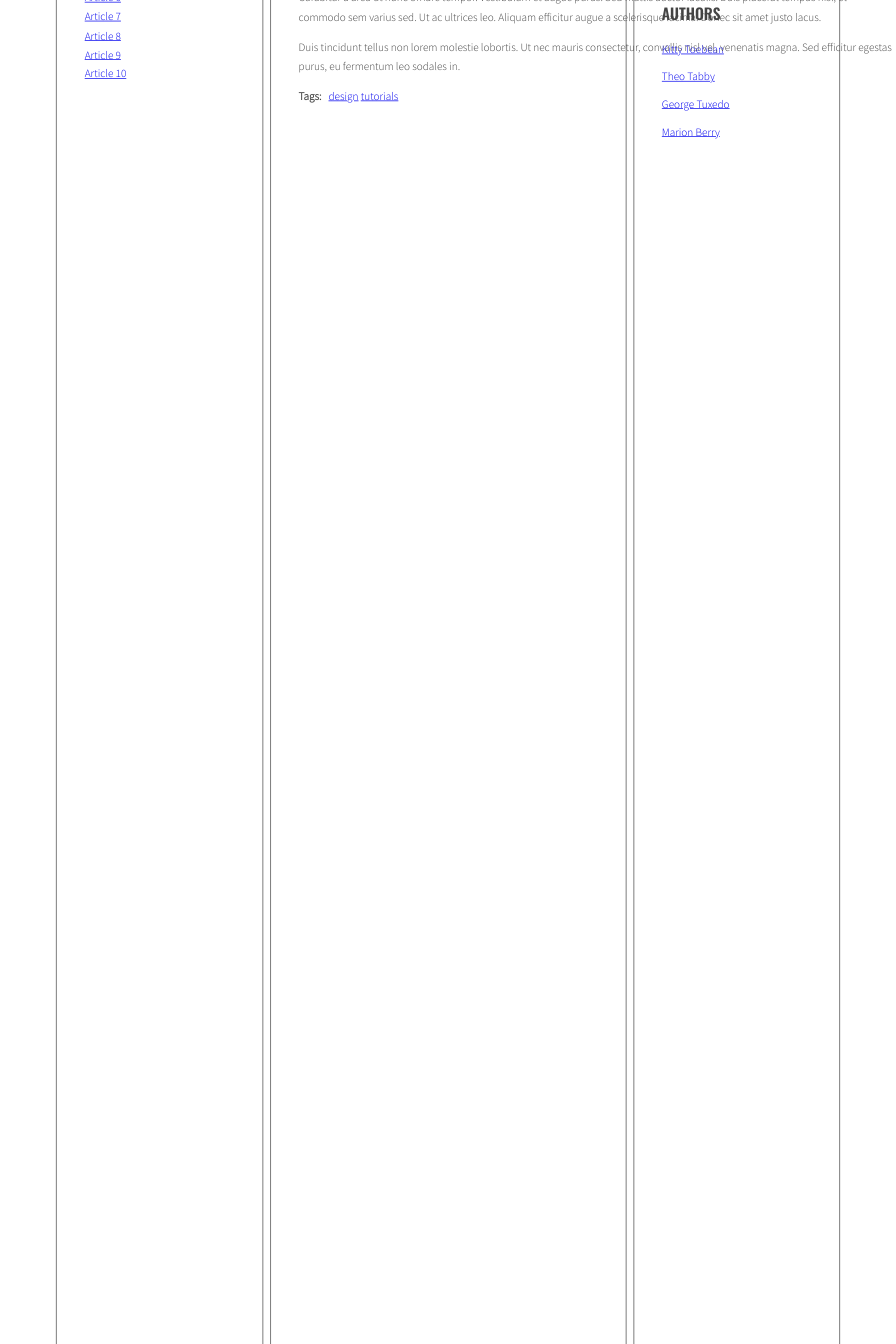
Repository: ulasup/javascript-blog
Page: index.html
An editor plug-in stored every save of this project. The page is shown before and after the next save, followed by the edit.
The browser window is 1280 px wide. The pictures show the part of the page from y = 511 to 2431 px (the page is 4768 px tall before and 774 px after), at 70% of full size.
The style sheet was rebuilt from its Sass, Less or Tailwind sources for each picture, by a compiler version that may differ from the author's.

Above is the page before, as saved 2020-12-13 16:06:36.

### index.html
<!DOCTYPE html>
<html  lang="en">
    <head>
        <meta charset="UTF-8">
        <title>Film blog</title>
        <link rel="stylesheet" href="css/style.css">
    </head>
    <body>
        <div class="blog">
            <div class="container">
              <h1 class="logo">my blog</h1>
              <main class="wrapper">
                <aside class="sidebar">
                  <h2 class="section-title">All posts</h2>
                  <ul class="list titles">

                  </ul>
                </aside>
                <section class="posts">
                  <article class="post active" id="article-1">
                    <h3 class="post-title">Article 1</h3>
                    <p class="post-author">by Marion Berry</p>
                    <div class="post-content">
                      <p>Duis non dolor efficitur erat interdum fringilla a lobortis dolor. Aenean in massa viverra, pretium augue et, imperdiet diam. Proin varius vitae lectus ut suscipit. Etiam metus lacus, molestie at ante eget, gravida tristique metus. Morbi finibus elit mi, ut aliquam libero tempor eu.</p>
                      <p>Curabitur a arcu ut nunc ornare tempor. Vestibulum et augue purus. Sed mattis auctor iaculis. Duis placerat tempus nisl, et commodo sem varius sed. Ut ac ultrices leo. Aliquam efficitur augue a scelerisque lacinia. Donec sit amet justo lacus.</p>
                      <p>Duis tincidunt tellus non lorem molestie lobortis. Ut nec mauris consectetur, convallis nisl vel, venenatis magna. Sed efficitur egestas purus, eu fermentum leo sodales in.</p>
                    </div>
                    <div class="post-tags">
                      <p><strong>Tags:</strong></p>
                      <ul class="list list-horizontal">
                        <li><a href="#">design</a></li>
                        <li><a href="#">tutorials</a></li>
                      </ul>
                    </div>
                  </article>
                  <article class="post" id="article-2">
                    <h3 class="post-title">Article 2</h3>
                    <p class="post-author">by Theo Tabby</p>
                    <div class="post-content">
                      <p>Phasellus sollicitudin, arcu vel iaculis ullamcorper, quam leo viverra orci, et faucibus quam sapien vel est. Maecenas ac suscipit elit. Nullam interdum, lorem vitae venenatis pulvinar, ex dui malesuada nunc, tempus cursus enim metus vel nulla.</p>
                      <p>Integer hendrerit, eros id efficitur dapibus, ante arcu ullamcorper orci, a iaculis felis turpis at purus. Quisque sodales posuere sapien vel consectetur. Duis dui urna, commodo non ante nec, mattis dictum enim. Donec aliquam erat sed diam lobortis, vel gravida lacus laoreet. Phasellus pretium maximus mi, eu posuere justo suscipit vel.</p>
                      <p>Nam magna nisl, varius in malesuada vitae, facilisis vel metus. Proin rhoncus euismod leo dictum lobortis. Suspendisse non ante sapien.</p>
                    </div>
                    <div class="post-tags">
                      <p><strong>Tags:</strong></p>
                      <ul class="list list-horizontal">
                        <li><a href="#">news</a></li>
                        <li><a href="#">code</a></li>
                      </ul>
                    </div>
                  </article>
                  <article class="post" id="article-3">
                    <h3 class="post-title">Article 3</h3>
                    <p class="post-author">by George Tuxedo</p>
                    <div class="post-content">
                      <p>Mauris vel pellentesque turpis, ac sodales nisl. Quisque iaculis mi velit, ut convallis tellus accumsan a. Quisque iaculis, nisi et dignissim tincidunt, nisl eros euismod nulla, finibus laoreet erat enim posuere elit.</p>
                      <p>Aenean at semper urna. Duis vel sapien molestie, egestas diam consequat, molestie nulla. Praesent a malesuada metus. Praesent et tempus leo.</p>
                      <p>Mauris in eleifend neque, vitae eleifend velit. Maecenas purus est, bibendum eget imperdiet id, dictum sed ante. Aenean a magna et eros sagittis aliquet.</p>
                    </div>
                    <div class="post-tags">
                      <p><strong>Tags:</strong></p>
                      <ul class="list list-horizontal">
                        <li><a href="#">news</a></li>
                        <li><a href="#">reviews</a></li>
                        <li><a href="#">design</a></li>
                      </ul>
                    </div>
                  </article>
                  <article class="post" id="article-4">
                    <h3 class="post-title">Article 4</h3>
                    <p class="post-author">by Kitty Toebean</p>
                    <div class="post-content">
                      <p>Morbi vel cursus nulla, vel varius mauris. Suspendisse sed elit sit amet risus faucibus vestibulum ut sit amet purus. Donec orci est, condimentum ut quam quis, scelerisque fringilla ligula.</p>
                      <p>Quisque bibendum nisl id quam sagittis, id pretium dolor scelerisque. Suspendisse non odio nec velit dapibus placerat non a libero.</p>
                      <p>Vivamus at tristique ex, feugiat sagittis ex. Cras cursus, ipsum et efficitur commodo, urna sapien rutrum magna, quis sodales justo ligula eget nunc. In hac habitasse platea dictumst.</p>
                    </div>
                    <div class="post-tags">
                      <p><strong>Tags:</strong></p>
                      <ul class="list list-horizontal">
                        <li><a href="#">tutorials</a></li>
                        <li><a href="#">code</a></li>
                        <li><a href="#">design</a></li>
                      </ul>
                    </div>
                  </article>
                  <article class="post" id="article-5">
                    <h3 class="post-title">Article 5</h3>
                    <p class="post-author">by Marion Berry</p>
                    <div class="post-content">
                      <p>Suspendisse sem eros, euismod condimentum arcu ac, consequat fermentum orci. Nam convallis lacus nec interdum vestibulum. Vestibulum luctus, quam eu tristique ornare, lorem nibh sodales enim, vitae tempor dolor ante vitae tortor.</p>
                      <p>Duis venenatis metus quis luctus lobortis. In porttitor ipsum eget ligula aliquam ornare. Cras malesuada urna id volutpat sodales.</p>
                      <p>Donec lobortis ultricies turpis, eu viverra magna gravida quis. Fusce sit amet pretium nulla. Duis rutrum metus vel libero sodales, pellentesque varius ex pulvinar.</p>
                    </div>
                    <div class="post-tags">
                      <p><strong>Tags:</strong></p>
                      <ul class="list list-horizontal">
                        <li><a href="#">design</a></li>
                        <li><a href="#">reviews</a></li>
                      </ul>
                    </div>
                  </article>
                  <article class="post" id="article-6">
                    <h3 class="post-title">Article 6</h3>
                    <p class="post-author">by George Tuxedo</p>
                    <div class="post-content">
                      <p>Donec posuere iaculis ante sed hendrerit. Lorem ipsum dolor sit amet, consectetur adipiscing elit. Quisque hendrerit neque nec urna tincidunt, quis vehicula dui vulputate. Morbi est sapien, auctor ut lectus eu, placerat viverra lorem.</p>
                      <p>Cras consectetur at erat id accumsan. Suspendisse lacinia in nulla quis vulputate. Nunc vitae consectetur augue. Nam ut vehicula mi. Aliquam tristique, purus in hendrerit porta, elit lectus finibus mi, vel malesuada nisl lectus a libero.</p>
                      <p>Nam quis efficitur ante. Sed eget purus quis ex commodo porta eu sit amet dolor. Mauris tellus nisl, dictum nec est vitae, condimentum ornare ante. Fusce ornare hendrerit maximus. In maximus rhoncus justo.</p>
                    </div>
                    <div class="post-tags">
                      <p><strong>Tags:</strong></p>
                      <ul class="list list-horizontal">
                        <li><a href="#">reviews</a></li>
                        <li><a href="#">code</a></li>
                      </ul>
                    </div>
                  </article>
                  <article class="post" id="article-7">
                    <h3 class="post-title">Article 7</h3>
                    <p class="post-author">by Kitty Toebean</p>
                    <div class="post-content">
                      <p>Donec eleifend mauris ac nisl fermentum, ac fermentum turpis dignissim. Aliquam diam nisl, imperdiet a varius eget, lobortis sed nisi. Nullam suscipit ipsum sed magna blandit, sed pellentesque urna malesuada.</p>
                      <p>Duis vestibulum arcu et lectus viverra porta. Praesent tempor lacus eget quam mattis, sit amet venenatis diam ultrices. Morbi gravida sapien quis ligula tincidunt, vel sagittis erat ultrices.</p>
                      <p>Ut orci tellus, laoreet ac diam ut, tempus bibendum nisi. Nam egestas sagittis nibh. Curabitur tristique dui quis egestas pretium. Duis eu felis orci.</p>
                    </div>
                    <div class="post-tags">
                      <p><strong>Tags:</strong></p>
                      <ul class="list list-horizontal">
                        <li><a href="#">code</a></li>
                        <li><a href="#">news</a></li>
                      </ul>
                    </div>
                  </article>
                  <article class="post" id="article-8">
                    <h3 class="post-title">Article 8</h3>
                    <p class="post-author">by Theo Tabby</p>
                    <div class="post-content">
                      <p>Praesent quis imperdiet erat. Curabitur tempor sapien a interdum malesuada. Proin libero erat, sagittis a sollicitudin eget, pulvinar nec risus. Cras et suscipit sem.</p>
                      <p>Maecenas consequat diam nec sollicitudin congue. Aenean porttitor porttitor quam, condimentum interdum metus congue sed. Donec at nulla ipsum.</p>
                      <p>Mauris non congue dui. Aenean ac eros vitae massa vulputate aliquet ut ac elit. Morbi iaculis auctor nunc aliquet luctus. Nunc tincidunt sem dui, quis interdum leo pellentesque eget. Fusce id leo varius, imperdiet nunc vitae, tristique mi. Mauris quis interdum justo. Mauris auctor purus eu leo faucibus feugiat. Nulla at odio vitae leo semper blandit.</p>
                    </div>
                    <div class="post-tags">
                      <p><strong>Tags:</strong></p>
                      <ul class="list list-horizontal">
                        <li><a href="#">news</a></li>
                        <li><a href="#">design</a></li>
                        <li><a href="#">tutorials</a></li>
                      </ul>
                    </div>
                  </article>
                  <article class="post" id="article-9">
                    <h3 class="post-title">Article 9</h3>
                    <p class="post-author">by Marion Berry</p>
                    <div class="post-content">
                      <p>Tam et facilisis purus. Donec vulputate est quis lobortis posuere. Nunc vitae lorem ut odio faucibus pulvinar nec in justo. Ut ut ante ac tellus ornare tempus. Nunc maximus, tortor et dictum convallis, nunc libero posuere leo, scelerisque ultrices arcu sapien ut tellus.</p>
                      <p>Fusce lacinia augue massa, non tincidunt tortor auctor quis. Vestibulum ut pretium nisl. Etiam id tellus tempus, commodo ligula vehicula, porta magna.</p>
                      <p>Donec fringilla blandit dolor vel aliquet. Fusce tortor sapien, lobortis eu vehicula sit amet, dignissim et lectus. In ullamcorper metus vel massa fermentum, at fermentum dui sollicitudin. Nullam lacinia elit vel tortor ullamcorper pulvinar.</p>
                    </div>
                    <div class="post-tags">
                      <p><strong>Tags:</strong></p>
                      <ul class="list list-horizontal">
                        <li><a href="#">news</a></li>
                        <li><a href="#">tutorials</a></li>
                      </ul>
                    </div>
                  </article>
                  <article class="post" id="article-10">
                    <h3 class="post-title">Article 10</h3>
                    <p class="post-author">by George Tuxedo</p>
                    <div class="post-content">
                      <p>Aliquam erat volutpat. Ut non eleifend lectus. Donec suscipit tellus tempor, ornare dui id, hendrerit neque. Phasellus lacinia laoreet dui in luctus. Sed hendrerit, magna sit amet varius tempor, augue augue scelerisque est, non scelerisque mauris libero eu sapien.</p>
                      <p>Sed at sapien in quam sollicitudin aliquam. In interdum metus a mi porttitor luctus. Sed commodo, arcu id lacinia posuere, felis elit pharetra urna, at feugiat est orci sit amet libero. Quisque in nisl est. Nullam vehicula at lectus non luctus. Cras aliquam neque magna, at varius nisi egestas ut.</p>
                      <p>Rhoncus purus nulla, non auctor lacus placerat ut. Aliquam condimentum eget magna ac gravida. Etiam egestas faucibus urna et finibus. Cras vel tellus vel magna suscipit euismod. Maecenas id arcu ante. Duis iaculis scelerisque erat, at ullamcorper arcu consectetur eu. Fusce aliquam diam at arcu pharetra, vel fermentum nunc lobortis.</p>
                    </div>
                    <div class="post-tags">
                      <p><strong>Tags:</strong></p>
                      <ul class="list list-horizontal">
                        <li><a href="#">code</a></li>
                        <li><a href="#">design</a></li>
                        <li><a href="#">news</a></li>
                        <li><a href="#">reviews</a></li>
                      </ul>
                    </div>
                  </article>
                </section>
                <aside class="sidebar">
                  <h2 class="section-title">Tags</h2>
                  <ul class="list tags">
                    <li><a href="#">design</a> <span>(6)</span></li>
                    <li><a href="#">code</a> <span>(5)</span></li>
                    <li><a href="#">tutorials</a> <span>(4)</span></li>
                    <li><a href="#">reviews</a> <span>(4)</span></li>
                    <li><a href="#">news</a> <span>(6)</span></li>
                  </ul>
                  <h2 class="section-title">Authors</h2>
                  <ul class="list authors">
                    <li>
                      <a href="#">
                        <span class="author-name">Kitty Toebean</span>
                      </a>
                    </li>
                    <li>
                      <a href="#">
                        <span class="author-name">Theo Tabby</span>
                      </a>
                    </li>
                    <li>
                      <a href="#">
                        <span class="author-name">George Tuxedo</span>
                      </a>
                    </li>
                    <li>
                      <a href="#">
                        <span class="author-name">Marion Berry</span>
                      </a>
                    </li>
                  </ul>
                </aside>
              </main>
            </div>
          </div>
    <script src="js/script.js"></script>
    </body>
</html>

### js/script.js
'use strict';

function titleClickHandler(event){
  event.preventDefault();
  console.log('Link was clicked!');
  console.log(event);

  /* [DONE] remove class 'active' from all article links  */
  const activeLinks = document.querySelectorAll('.titles a.active');

  for(let activeLink of activeLinks){
    activeLink.classList.remove('active');
  }

  /* [DONE] add class 'active' to the clicked link */
  const clickedElement = this;
  clickedElement.classList.add('active');
  console.log('clickedElement:', clickedElement);

  /* [DONE] remove class 'active' from all articles */
  const activeArticles = document.querySelectorAll('.post.active');

  for(let activeArticle of activeArticles){
    activeArticle.classList.remove('active');
  }

  /* [DONE] get 'href' attribute from the clicked link */
  const atribute = clickedElement.getAttribute('href');
  console.log(atribute);

  /* [DONE] find the correct article using the selector (value of 'href' attribute) */
  const clickedArticles = document.querySelectorAll(atribute);
  console.log(clickedArticles);

  /* [DONE] add class 'active' to the correct article */
  for(let clickedArticle of clickedArticles){
    clickedArticle.classList.add('active');
  }
}

const optArticleSelector = '.post', optTitleSelector = '.post-title', optTitleListSelector = '.titles';

function generateTitleLinks(){

  /* [DONE] remove contents of titleList */
  const titleList = document.querySelector(optTitleListSelector);
  console.log(titleList);
  titleList.innerHTML = '';

  /* for each article */
  const articles = document.querySelectorAll(optArticleSelector);

  let html = '';

  for (let article of articles){

    /* [DONE] get the article id */
    const articleId = article.getAttribute('id');

    /* [DONE] find the title element */
    /* [DONE] get the title from the title element */
    const articleTitle = article.querySelector(optTitleSelector).innerHTML;

    /* [DONE] create HTML of the link */
    const linkHTML = '<li><a href="#' + articleId + '"><span>' + articleTitle + '</span></a></li>';
    console.log(linkHTML);

    /* [DONE] insert link into titleList */
    html = html + linkHTML;
    console.log(html);
  }

  titleList.innerHTML = html;

  const links = document.querySelectorAll('.titles a');
  console.log(links);

  for(let link of links){link.addEventListener('click', titleClickHandler);}
}

generateTitleLinks();

### sass/style.scss
@import url('https://fonts.googleapis.com/css?family=Oswald:400,600|Sacramento|Source+Sans+Pro:300&subset=latin-ext');

/* Variables */

$color-light: #fff;
$color-dark: #444;

$font-logo: 'Sacramento', cursive;
$font-header: 'Oswald', sans-serif;
$font-text: 'Source Sans Pro', sans-serif;

/* Global */

*, *::before, *::after {
  box-sizing: border-box;
}

body {
  background: $color-light;
  font-family: $font-text;
  color: $color-dark;
  font-weight: 300;
  font-size: 16px;
  line-height: 1.7;
}

.container {
  max-width: 1140px;
  margin: 0 auto;
}

.section-title {
  font-size: 22px;
  text-transform: uppercase;
  font-family: $font-header;
  font-weight: 600;
  span {
    text-transform: none;
    font-weight: 400;
    color: lighten($color-dark, 20%);
  }
}

/* Layout */

.wrapper {
  display: flex;
  margin-left: 10px;
}

.sidebar {
  flex: 1 0 0;
}

.posts {
  flex: 2 0 0;
}

.sidebar, .posts {
  background: $color-light;
  margin-right: 10px;
  padding: 40px;
  border: 1px solid $color-dark;
  border-radius: 5px;
}

/* Logo */

.logo {
  font-family: $font-logo;
  font-weight: 400;
  font-size: 104px;
  line-height: 1;
  text-align: center;
}

/* Lists */

.list {
  list-style-type: none;
  margin: 0;
  padding: 0;
  .active {
    font-weight: bold;
  }
}

.list-horizontal {
  li {
    display: inline-block;
  }
}

/* Authors */

.authors {
  li {
    margin-bottom: 12px;
  }
}

/* Post */

.post {
  z-index: 1;
  display: block;
  opacity: 0;
  transition: opacity 1s;
  &.active {
    position: absolute;
    display: block;
    z-index: 2;
    opacity: 1;
    transition: opacity 1s;
  }
}

.post-author {
  font-style: italic;
}

.post-tags {
  display: flex;
  p {
    margin: 0 10px 0 0;
  }
}

After the next save:
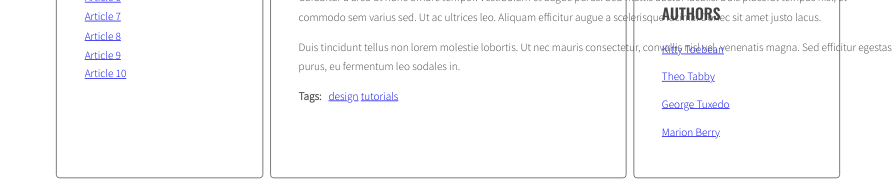
Saved 20 s later.
--- a/sass/style.scss
+++ b/sass/style.scss
@@ -104,10 +104,10 @@ body {
 .post {
   z-index: 1;
   display: block;
+  position: absolute;
   opacity: 0;
   transition: opacity 1s;
   &.active {
-    position: absolute;
     display: block;
     z-index: 2;
     opacity: 1;
